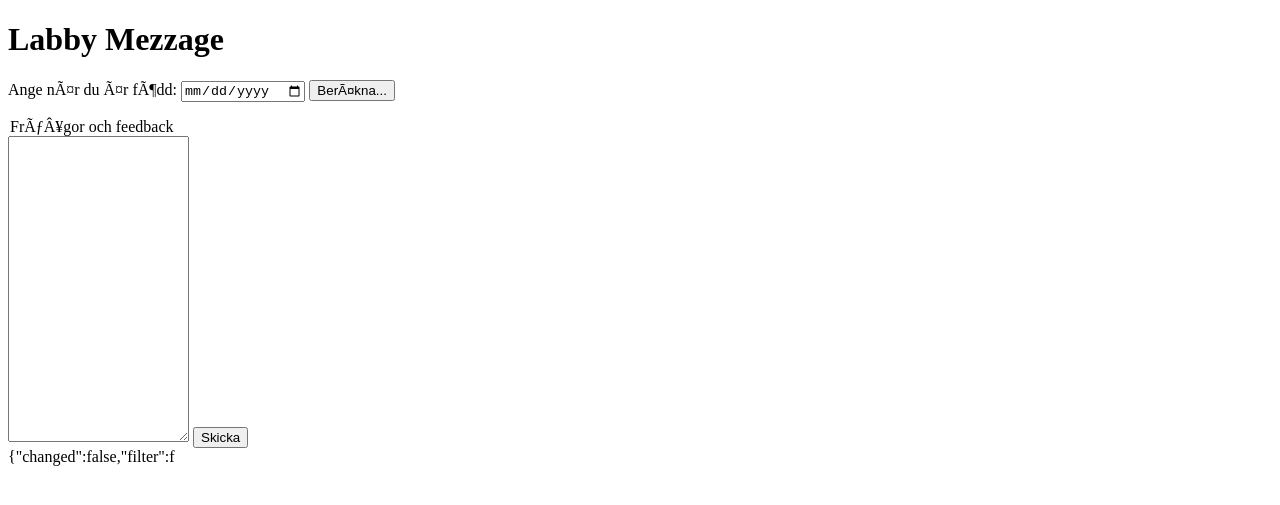
Repository: em222mt/1dv403-laborationer
Page: 2-labbymezzage/Index.html
The author's editor kept a record of every edit. The page is drawn from the files as they stood at one moment, then again after the next edit.
The browser window is 1280 px wide. The pictures show the whole page.

Above is the page before.

### 2-labbymezzage/Index.html
<!DOCTYPE html>
<html lang="sv">
<head>
	<meta charset="iso-8859-1" />
 	<title>Labby Mezzage</title>

</head>
    <body>
        <h1>Labby Mezzage</h1>
 		<form>
 			Ange när du är född:
 			<input type="date" id="string" /> <input id="send" type="submit" value="Beräkna..." />
 			<p id="value"></p>
		</form>
		<form>
            <legend class="formframe">FrÃ¥gor och feedback</legend>
            <textarea class="formunit" id="formtext" for="textarea" cols="20" rows="20"></textarea>
            <input id="send" type="submit" value="Skicka" />
        </form>

    	  <script src="Message.js"></script>
    	  <script src="MessageBoard.js"></script>

    </body>
</html>{"changed":false,"filter":f

Loaded but not shown: 2-labbymezzage/js/Message.js (no copy from this time; the picture is the same without it); 2-labbymezzage/js/MessageBoard.js (no copy from this time; the picture is the same without it)

After the next edit:
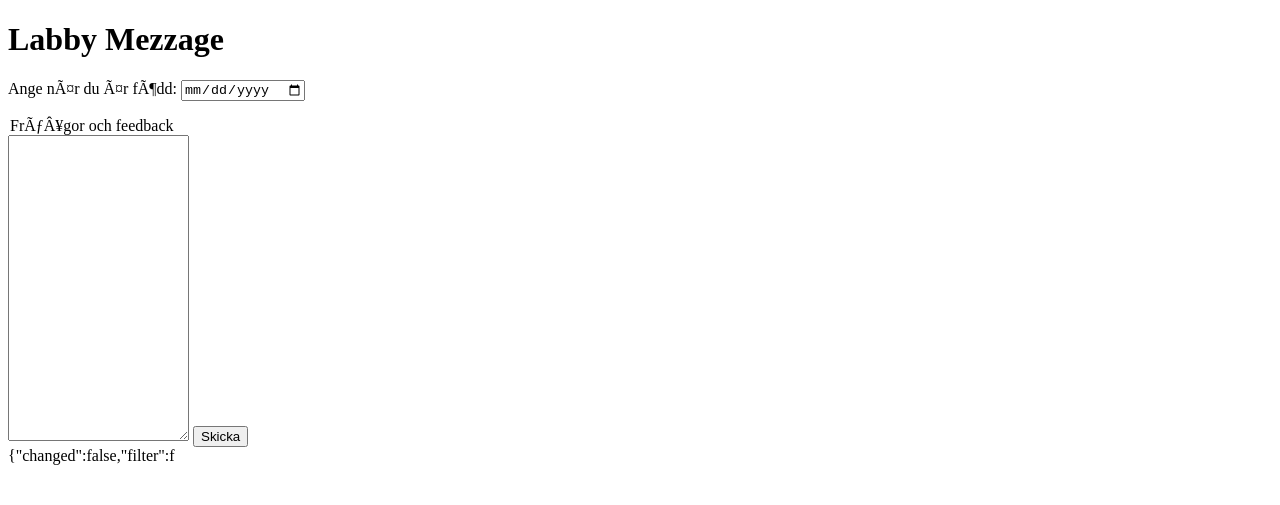
The edit:
--- a/2-labbymezzage/Index.html
+++ b/2-labbymezzage/Index.html
@@ -9,7 +9,7 @@
         <h1>Labby Mezzage</h1>
  		<form>
  			Ange när du är född:
- 			<input type="date" id="string" /> <input id="send" type="submit" value="Beräkna..." />
+ 			<input type="date" id="string" />
  			<p id="value"></p>
 		</form>
 		<form>
